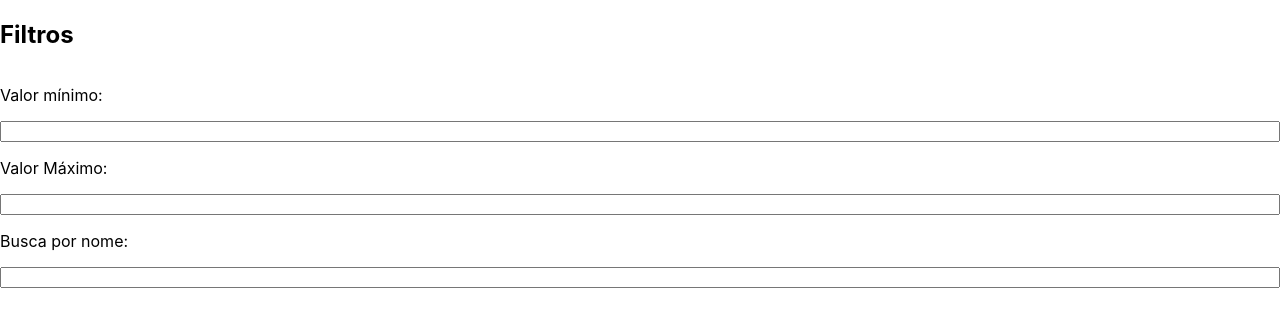
Repository: future4code/Shaw-labe-commerce9
Page: /
The author's editor kept a copy of each file at every save. The page is drawn from the files as they stood at one save, then again after the next save.
The browser window is 1280 px wide. The pictures show the whole page.
The project was rebuilt for these pictures with package versions that can differ from the ones it lists, and the page was loaded fresh each time. Also part of the build but not shown: src/App.css.

Above is the page before, as saved 2022-03-30 15:03:58.

After the next save:
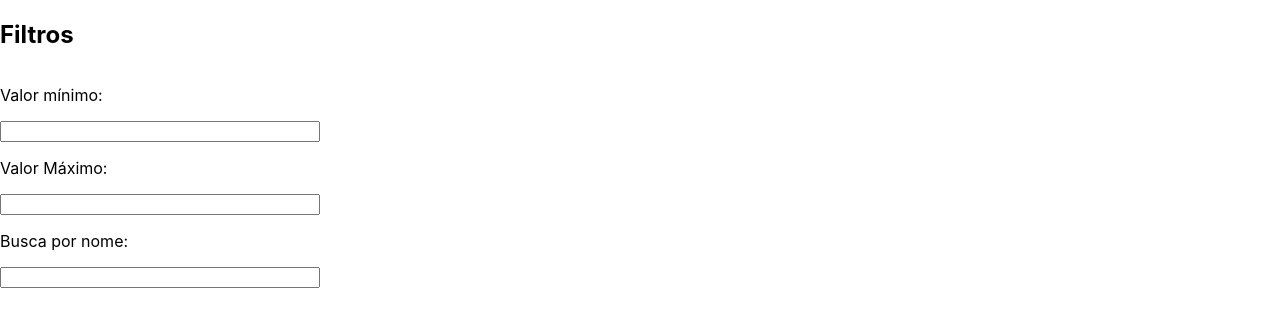
Saved 3 min 37 s later.
--- a/src/components/filtro.jsx
+++ b/src/components/filtro.jsx
@@ -6,7 +6,7 @@ const ContainerFiltro =styled.div`
 display: flex;
 flex-direction: column;
 justify-content: flex-start;
-
+width: 25%;
 
 
 `
@@ -29,8 +29,6 @@ export default class Filtro extends React.Component{
         <input type="text" value={this.state}/>
          </ContainerFiltro>
 
-
-
         )
     }
 }
